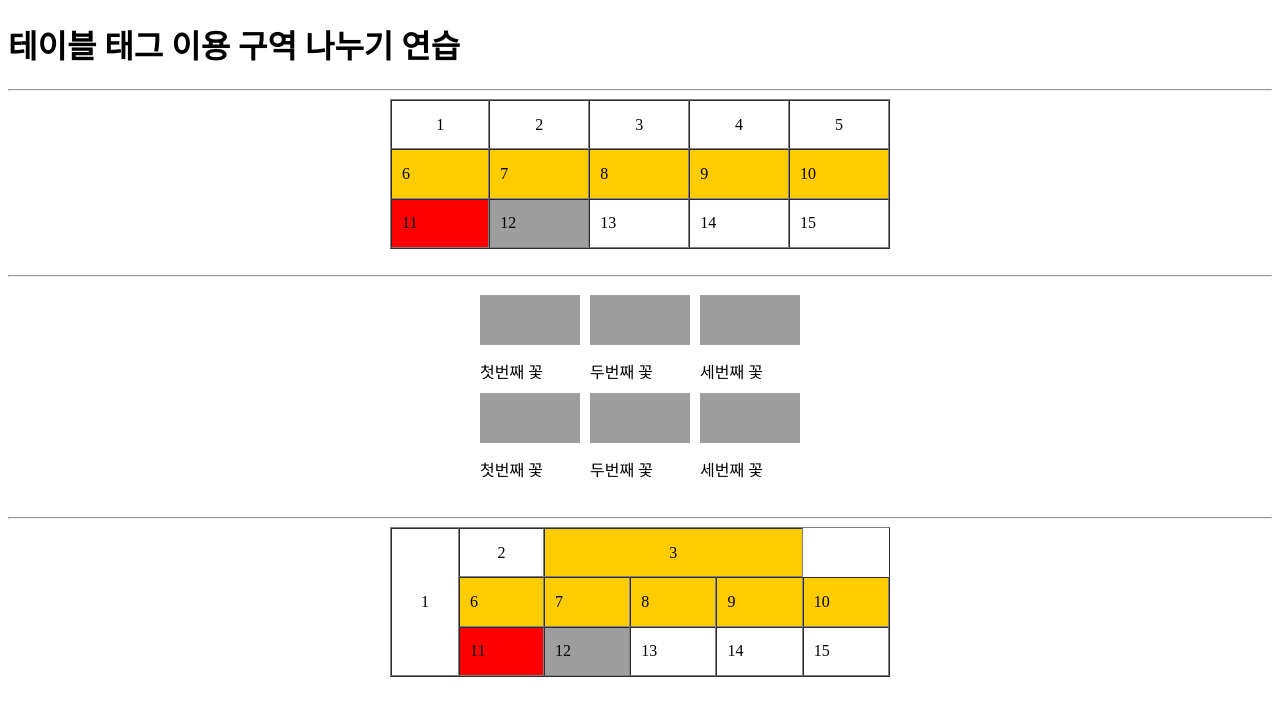
Repository: bianchi112/ict-data
Page: web_workspace/testHTMLProject2/src/main/webapp/views/test/testTable.html
These files come from the project's save history. The page is drawn as it stood at one moment and after the next save; the edit follows.
The browser window is 1280 px wide. The pictures show the whole page.
Pictures or frames that could not be fetched are drawn as grey boxes.

Above is the page before, as saved 2024-08-14 07:48:40.

### web_workspace/testHTMLProject2/src/main/webapp/views/test/testTable.html
<!DOCTYPE html>
<html>
<head>
<meta charset="UTF-8">
<title>testTable</title>
<style type="text/css">
	table tr td img {
		margin: 0px;
		padding: 0px;
	}
</style>
</head>
<body>
<header>
	<h1>테이블 태그 이용 구역 나누기 연습</h1>
</header>
<hr>
<table border="1" width="500px" height="150" cellspacing="0" cellpadding="10" align="center">
	<tr align="center"> <!-- table row : 한 행을 표시하는 태그임 -->
		<td>1</td> <!-- 1칸을 의미하는 태그임 -->
		<td>2</td>
		<td>3</td>
		<td>4</td>
		<td>5</td>
	</tr>
	<tr bgcolor="#ffcc00"> <!-- table row : 한 행을 표시하는 태그임 -->
		<td>6</td> <!-- 1칸을 의미하는 태그임 -->
		<td>7</td>
		<td>8</td>
		<td>9</td>
		<td>10</td>
	</tr>
	<tr> <!-- table row : 한 행을 표시하는 태그임 -->
		<td bgcolor="#ff0000">11</td> <!-- 1칸을 의미하는 태그임 -->
		<td background="/testh2/resources/images/cyworld.jpg">12</td>
		<td>13</td>
		<td>14</td>
		<td>15</td>
	</tr>
</table>
<br>
<hr>
<table width="340" cellspacing="10" cellpadding="0" align="center" border="0">
	<tr height="50">
		<td><img src="/testh2/resources/images/flower1.jpg" width="100" height="50" border="0" alt=""></td>
		<td><img src="/testh2/resources/images/flower2.jpg" width="100" height="50" border="0" alt=""></td>
		<td><img src="/testh2/resources/images/flower3.jpg" width="100" height="50" border="0" alt=""></td>
	</tr>
	<tr height="20">
		<td>첫번째 꽃</td>
		<td>두번째 꽃</td>
		<td>세번째 꽃</td>
	</tr>
	<tr height="50">
		<td><img src="/testh2/resources/images/flower1.jpg" width="100" height="50" border="0" alt=""></td>
		<td><img src="/testh2/resources/images/flower2.jpg" width="100" height="50" border="0" alt=""></td>
		<td><img src="/testh2/resources/images/flower3.jpg" width="100" height="50" border="0" alt=""></td>
	</tr>
	<tr height="20">
		<td>첫번째 꽃</td>
		<td>두번째 꽃</td>
		<td>세번째 꽃</td>
	</tr>
</table>

<br>
<hr>
<table border="1" width="500px" height="150" cellspacing="0" cellpadding="10" align="center">
	<tr align="center"> <!-- table row : 한 행을 표시하는 태그임 -->
		<td rowspan="3">1</td>
		<td>2</td>
		<td colspan="3" bgcolor="#ffcc00">3</td>
		<!-- colspan="합쳐질칸수" 칸합치기용 속성임, 왼쪽 칸에 속성 지정함,
			 오른쪽의 합쳐진 나머지 칸은 삭제해야 함
		 -->
	</tr>
	<tr bgcolor="#ffcc00"> <!-- table row : 한 행을 표시하는 태그임 -->
		<td>6</td>
		<td>7</td>
		<td>8</td>
		<td>9</td>
		<td>10</td>
	</tr>
	<tr> <!-- table row : 한 행을 표시하는 태그임 -->
		<td bgcolor="#ff0000">11</td> <!-- 1칸을 의미하는 태그임 -->
		<td background="/testh2/resources/images/cyworld.jpg">12</td>
		<td>13</td>
		<td>14</td>
		<td>15</td>
	</tr>
</table>
</body>
</html>

After the next save:
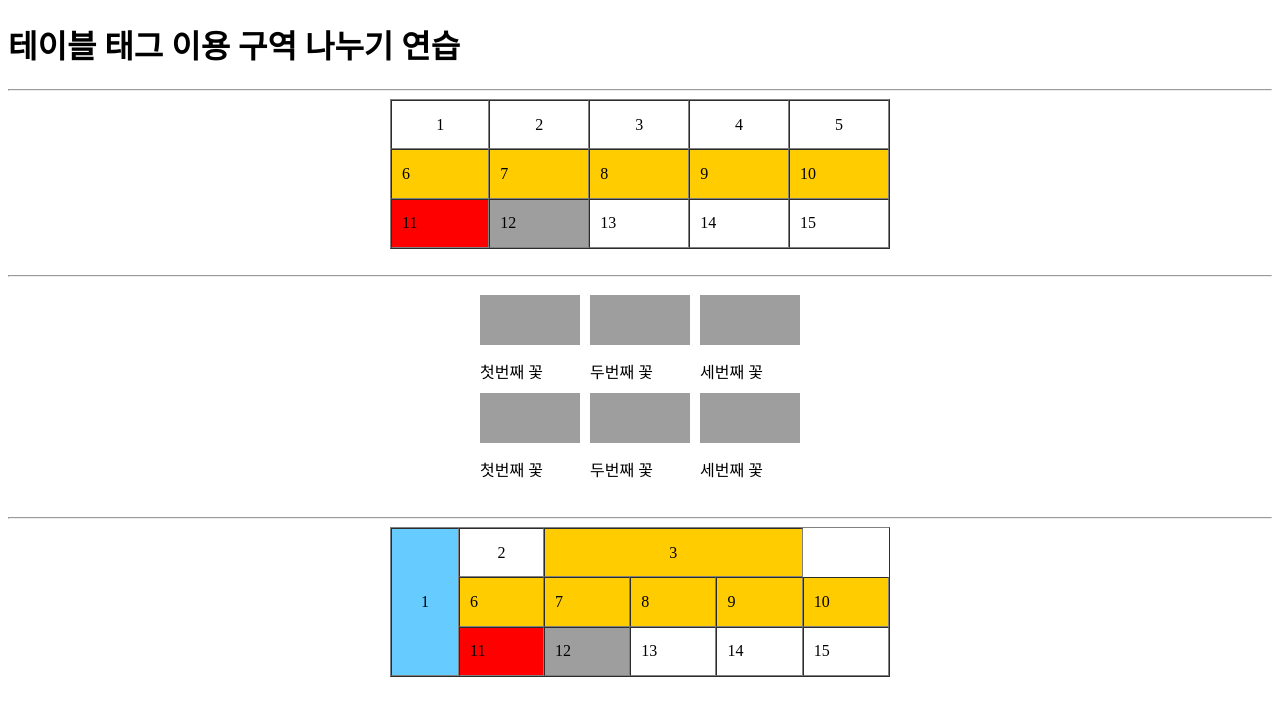
Saved 13 s later.
--- a/web_workspace/testHTMLProject2/src/main/webapp/views/test/testTable.html
+++ b/web_workspace/testHTMLProject2/src/main/webapp/views/test/testTable.html
@@ -67,7 +67,7 @@
 <hr>
 <table border="1" width="500px" height="150" cellspacing="0" cellpadding="10" align="center">
 	<tr align="center"> <!-- table row : 한 행을 표시하는 태그임 -->
-		<td rowspan="3">1</td>
+		<td rowspan="3" bgcolor="#66ccff">1</td>
 		<td>2</td>
 		<td colspan="3" bgcolor="#ffcc00">3</td>
 		<!-- colspan="합쳐질칸수" 칸합치기용 속성임, 왼쪽 칸에 속성 지정함,
